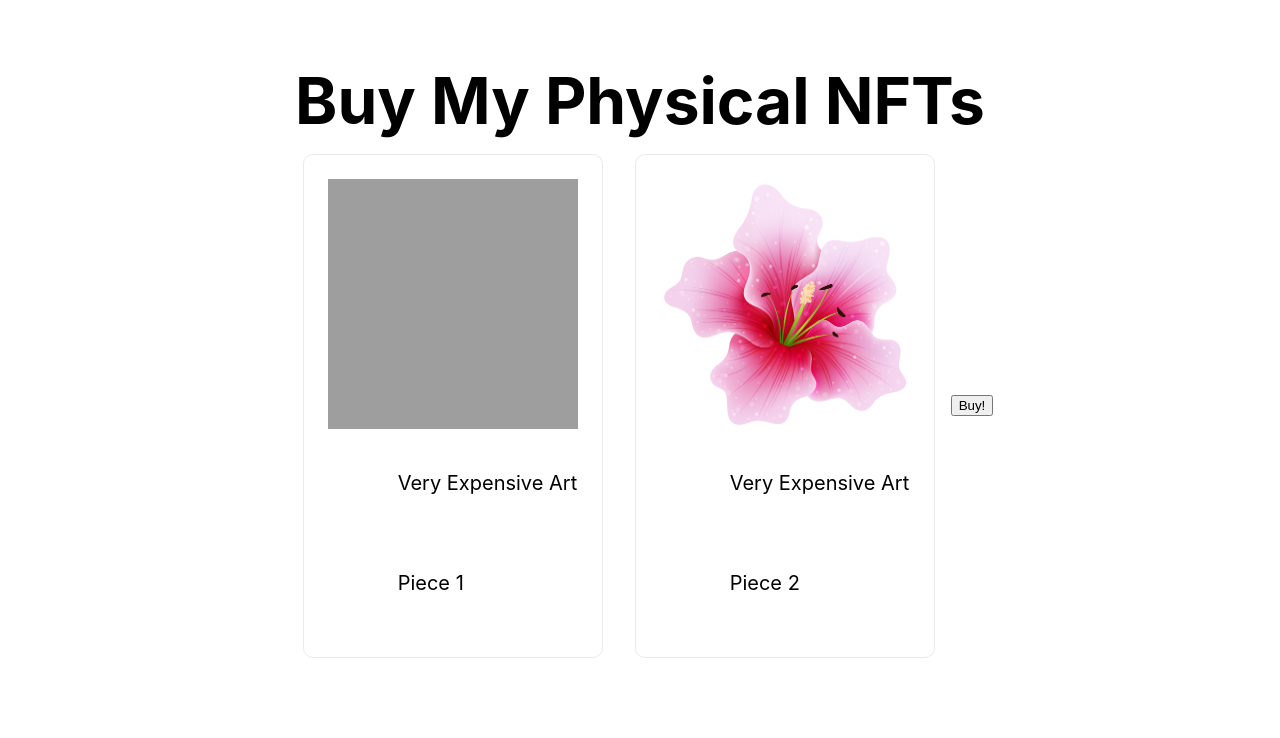
Repository: DakshJ1/stripe-nextjs
Page: /
An editor plug-in stored every save of this project. The page is shown before and after the next save, followed by the edit.
The browser window is 1280 px wide. The pictures show the whole page.
Pictures or frames that could not be fetched are drawn as grey boxes. The project was rebuilt for these pictures with package versions that can differ from the ones it lists, and the page was loaded fresh each time. The framework's server and built-in components were replaced by stand-ins that run in the browser. Also part of the build but not shown: next.config.js.

Above is the page before, as saved 2022-07-13 16:55:21.

After the next save:
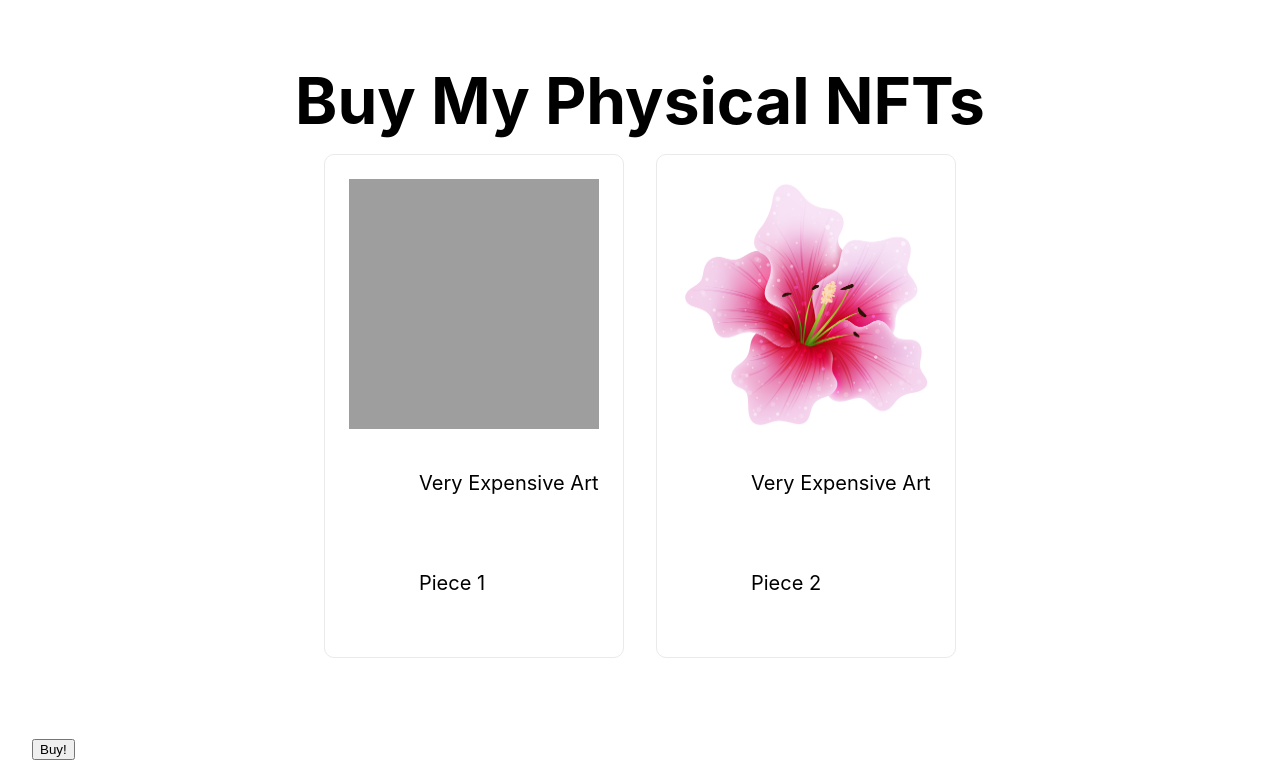
Saved 23 s later.
--- a/pages/index.js
+++ b/pages/index.js
@@ -24,9 +24,9 @@ export default function Home() {
             <Image src="/Images/NFT 2.png" alt="NFT" width={400} height={400}/>
             <p>Very Expensive Art Piece 2</p>
           </a>
-          <button>Buy!</button>
         </div>
       </main>
+      <button>Buy!</button>
     </div>
   )
 }
